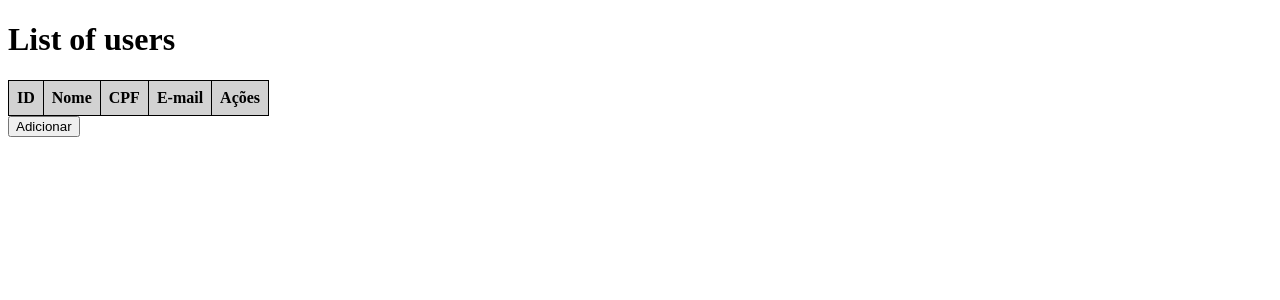
Repository: marcelsmelo/Aula-JSP
Page: http://localhost/CRUD-JSP/ListarUsuarios
An editor plug-in stored every save of this project. The page is shown before and after the next save, followed by the edit.
The browser window is 1280 px wide. The pictures show the whole page.
The page is served by Tomcat 9. Other server files are loaded and not shown. Queries for data that is not in the repository find no rows.

Above is the page before, as saved 2016-06-14 18:09:23.

### CRUD-JSP/WebContent/indexCrud.jsp
<%@page import="br.marcel.melo.crud.User"%>
<%@page import="java.util.ArrayList"%>

<%@ page language="java" contentType="text/html; charset=UTF-8"
    pageEncoding="UTF-8"%>



<!DOCTYPE html>
<html>
	<head>
		<meta http-equiv="Content-Type" content="text/html; charset=UTF-8">
		<title>CRUD Users</title>
		<link type="text/css" href="estilos.css" rel="stylesheet">
	</head>
	<body>
		<h1>List of users</h1>

		<table>
			<thead>
				<tr>
					<th>ID</th>
					<th>Nome</th>
					<th>CPF</th>
					<th>E-mail</th>
					<th colspan="2">Ações</th>
				</tr>
			</thead>
			<tbody>


		<%
			ArrayList<User> usuarios = (ArrayList<User>)request.getAttribute("usuarios");
			for(User user : usuarios){
		%>
				<tr>
					<th><%= user.getId()%></th>
					<th><%= user.getName()%></th>
					<th><%= user.getCpf()%></th>
					<th><%= user.getEmail()%></th>
					<th><a href=<%= "EditarUsuario?id="+user.getId()%>>Editar</a></th>
					<th><a href=<%= "RemoverUsuario?id="+user.getId()%>>Deletar</a></th>
				</tr>

		<%
			}
		%>
		</tbody>
		</table>

		<a href="/NovoUsuario"><button>Adicionar</button></a>

	</body>
</html>

### CRUD-JSP/src/br/marcel/melo/servlets/ListarUsuariosServlet.java
package br.marcel.melo.servlets;

import java.io.IOException;
import javax.servlet.ServletException;
import javax.servlet.annotation.WebServlet;
import javax.servlet.http.HttpServlet;
import javax.servlet.http.HttpServletRequest;
import javax.servlet.http.HttpServletResponse;

import br.marcel.melo.crud.UserDAO;

/**
 * Servlet implementation class ListarUsuariosServlet
 */
@WebServlet("/ListarUsuarios")
public class ListarUsuariosServlet extends HttpServlet {
	private static final long serialVersionUID = 1L;

    public ListarUsuariosServlet() {
        super();
    }


	protected void doGet(HttpServletRequest request, HttpServletResponse response) throws ServletException, IOException {
		UserDAO userDao = new UserDAO();
		request.setAttribute("usuarios", userDao.getAllUsers());
		request.getRequestDispatcher("/indexCrud.jsp").forward(request, response);
	}


	protected void doPost(HttpServletRequest request, HttpServletResponse response) throws ServletException, IOException {
		doGet(request,response);
	}

}

### CRUD-JSP/src/br/marcel/melo/crud/UserDAO.java
package br.marcel.melo.crud;

import java.sql.Connection;
import java.sql.ResultSet;
import java.sql.SQLException;
import java.sql.Statement;
import java.util.ArrayList;
import java.sql.PreparedStatement;

public class UserDAO {


	public ArrayList<User> getAllUsers(){
		Connection con = ConexaoMySQL.getConexaoMySQL();
		ArrayList<User> users = new ArrayList<User>();

		String sql = "SELECT id, nome, cpf, email FROM users";
		try {

			Statement stmt = con.createStatement();
			ResultSet rs = stmt.executeQuery(sql);

			while(rs.next()){
				User user = new User();
				user.setId(rs.getInt("id"));
				user.setName(rs.getString("nome"));
				user.setCpf(rs.getString("cpf"));
				user.setEmail(rs.getString("email"));

				users.add(user);
			}


		} catch (SQLException e) {
			e.printStackTrace();
		}

		ConexaoMySQL.fecharConexao();
		return users;
	}

	public User getUser(int id){
		Connection con = ConexaoMySQL.getConexaoMySQL();
		User user = new User();

		String sql = "SELECT id, nome, cpf, email FROM users WHERE id=?";
		try {

			PreparedStatement ps = con.prepareStatement(sql);

			ps.setInt(1, id);

			ResultSet rs = ps.executeQuery();

			rs.next();

			user.setId(rs.getInt("id"));
			user.setName(rs.getString("nome"));
			user.setCpf(rs.getString("cpf"));
			user.setEmail(rs.getString("email"));


		} catch (SQLException e) {
			e.printStackTrace();
		}

		ConexaoMySQL.fecharConexao();
		return user;
	}

	public boolean updateUser(User usuario){
		Connection con = ConexaoMySQL.getConexaoMySQL();

		String sql = "UPDATE users SET nome=?, cpf=?, email=? WHERE id=?";

		try {

			PreparedStatement ps = con.prepareStatement(sql);

			ps.setString(1, usuario.getName());
			ps.setString(2, usuario.getCpf());
			ps.setString(3, usuario.getEmail());
			ps.setInt(4, usuario.getId());

			ps.executeUpdate();
			ConexaoMySQL.fecharConexao();
			return true;

		} catch (SQLException e) {
			e.printStackTrace();
			ConexaoMySQL.fecharConexao();
			return false;
		}
	}

	public boolean saveUser(User usuario){
		Connection con = ConexaoMySQL.getConexaoMySQL();

		String sql = "INSERT INTO Default.users (nome, cpf, email) VALUES(?, ?, ?)";

		try {

			PreparedStatement ps = con.prepareStatement(sql);

			ps.setString(1, usuario.getName());
			ps.setString(2, usuario.getCpf());
			ps.setString(3, usuario.getEmail());

			ps.executeUpdate();
			ConexaoMySQL.fecharConexao();
			return true;

		} catch (SQLException e) {
			e.printStackTrace();
			ConexaoMySQL.fecharConexao();
			return false;
		}
	}

	public boolean deleteUser(int id){
		Connection con = ConexaoMySQL.getConexaoMySQL();

		String sql = "DELETE FROM users WHERE id = ?";

		try {

			PreparedStatement ps = con.prepareStatement(sql);
			ps.setInt(1, id);

			ConexaoMySQL.fecharConexao();
			return ps.execute();

		} catch (SQLException e) {
			e.printStackTrace();
			ConexaoMySQL.fecharConexao();
			return false;
		}
	}

}

### CRUD-JSP/src/br/marcel/melo/crud/ConexaoMySQL.java
package br.marcel.melo.crud;

import java.sql.Connection;
import java.sql.DriverManager;
import java.sql.SQLException;

public class ConexaoMySQL {

	public static Connection getConexaoMySQL(){
		Connection connection = null;

		String driverName = "com.mysql.jdbc.Driver";

		try {
			Class.forName(driverName);

			// Configurando a nossa conexão com um banco de dados//
	        String serverName = "localhost";    //caminho do servidor do BD
	        String mydatabase ="Default";        //nome do seu banco de dados
	        String url = "jdbc:mysql://" + serverName + "/" + mydatabase;
	        String username = "root";        //nome de um usuário de seu BD
	        String password = "root";      //sua senha de acesso

	        connection = DriverManager.getConnection(url, username, password);


//	        //Testa sua conexão//
//	        if (connection != null) {
//	            System.out.println("STATUS--->Conectado com sucesso!");
//	        } else {
//	        	System.out.println("STATUS--->Não foi possivel realizar conexão");
//	        }

	        return connection;

		} catch (ClassNotFoundException | SQLException e) {
			e.printStackTrace();
			return null;
		}
	}

	public static boolean fecharConexao(){
		try {
			ConexaoMySQL.getConexaoMySQL().close();
			return true;
		} catch (SQLException e) {
			e.printStackTrace();
			return false;
		}
	}

	//Método que reinicia sua conexão//
    public static Connection reiniciarConexao() {
    	ConexaoMySQL.fecharConexao();
        return ConexaoMySQL.getConexaoMySQL();

    }

}

### CRUD-JSP/WebContent/estilos.css
td, th{
	border: 1px solid black;
	padding: 8px;
	text-align: center;

}

table{
	border-collapse: collapse;
}

thead tr{
	background-color: #d2d2d2;
}

tbody tr:nth-child(even){
  background-color: #d2d2d1;
}

tbody tr:nth-child(odd){
  background-color: #FFF;
}

tbody tr:hover{
  background-color: #202020;
  color: #FFF;
}

After the next save:
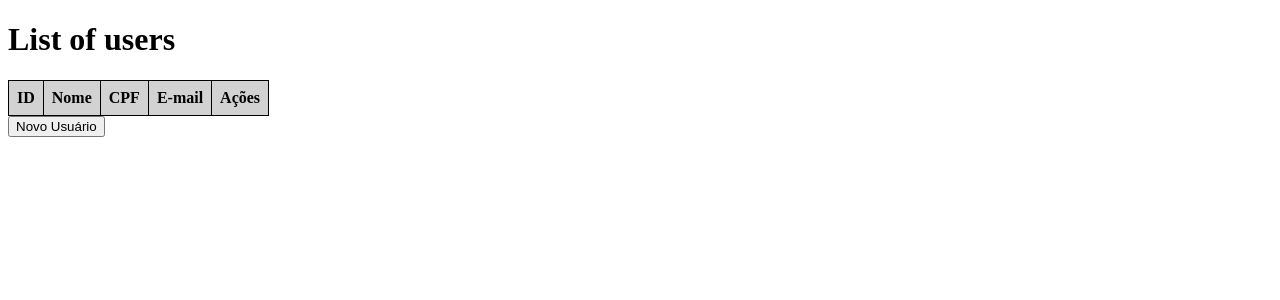
Saved 2 min 19 s later.
--- a/CRUD-JSP/WebContent/indexCrud.jsp
+++ b/CRUD-JSP/WebContent/indexCrud.jsp
@@ -48,7 +48,9 @@
 		</tbody>
 		</table>
 
-		<a href="/NovoUsuario"><button>Adicionar</button></a>
+		<form method="GET" action="NovoUsuario">
+			<input type="submit" value="Novo Usuário" />
+		</form>
 
 	</body>
 </html>
